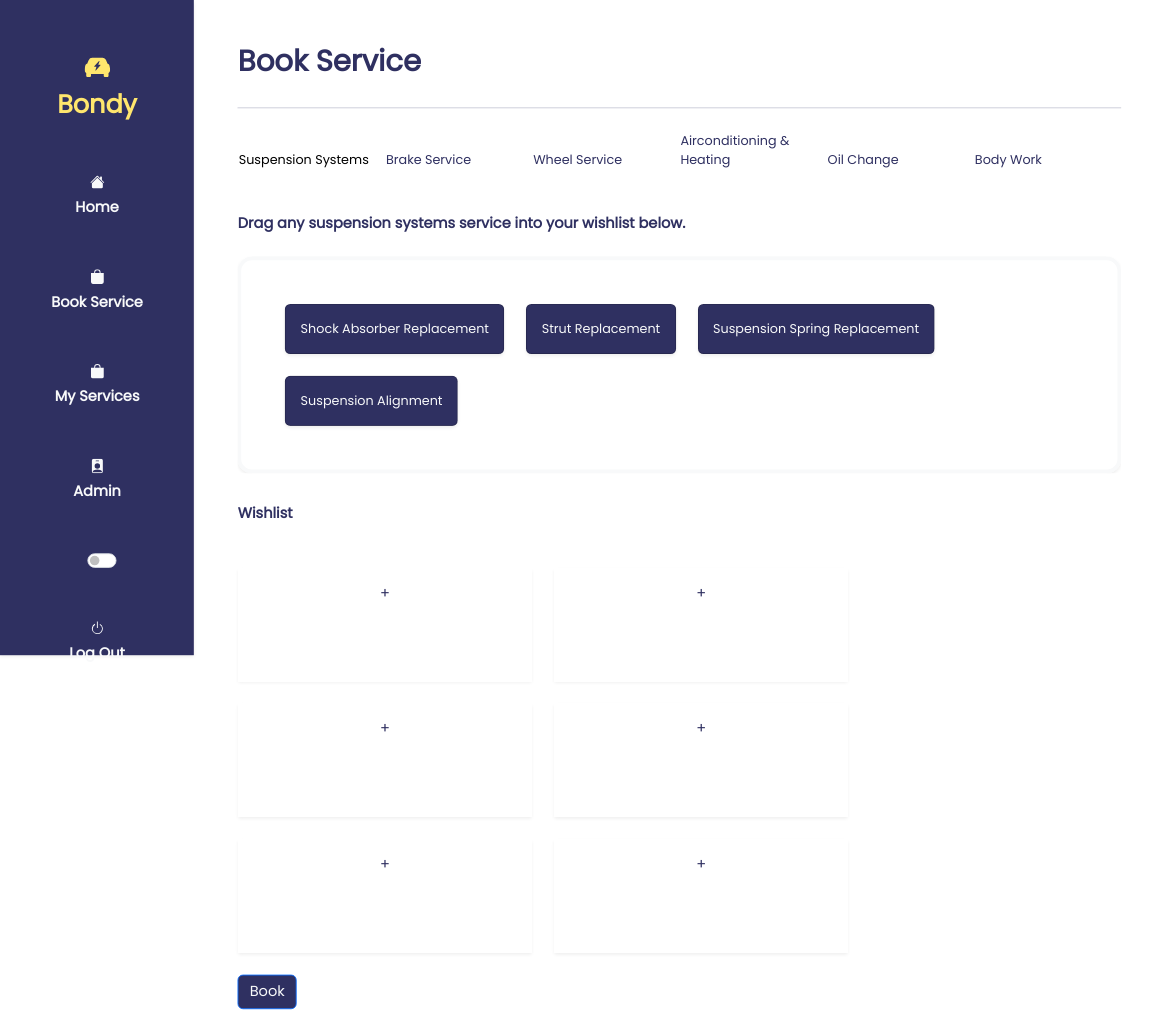
Repository: duzzisantos/bondy
Page: /book-service
These files come from the project's save history. The page is drawn as it stood at one moment and after the next save; the edit follows.
The browser window is 1280 px wide. The pictures show the whole page, at 91% of full size.
Some web libraries are served in a nearby version. The project was rebuilt for these pictures with package versions that can differ from the ones it lists, and the page was loaded fresh each time. Also part of the build but not shown: src/components/Home/LandingPage.scss, src/components/Home/LandingPageScrollContainer.tsx, src/components/Home/TrendingServices.tsx, src/views/LandingPage.tsx, src/components/Services/ServiceTemplate.tsx, src/views/Services.tsx.

Above is the page before, as saved 2023-06-28 23:42:32.

### public/index.html
<!DOCTYPE html>
<html lang="en">
  <head>
    <meta charset="utf-8" />
    <link rel="icon" href="%PUBLIC_URL%/favicon.ico" />
    <meta name="viewport" content="width=device-width, initial-scale=1" />
    <meta name="theme-color" content="#000000" />
    <meta
      name="description"
      content="Web site created using create-react-app"
    />
    <link rel="apple-touch-icon" href="%PUBLIC_URL%/logo192.png" />
    <!-- Option 1: Include in HTML -->
    <link
      rel="stylesheet"
      href="https://cdn.jsdelivr.net/npm/bootstrap-icons@1.3.0/font/bootstrap-icons.css"
    />
    <link rel="preconnect" href="https://fonts.googleapis.com" />
    <link rel="preconnect" href="https://fonts.gstatic.com" crossorigin />
    <!--
      manifest.json provides metadata used when your web app is installed on a
      user's mobile device or desktop. See https://developers.google.com/web/fundamentals/web-app-manifest/
    -->
    <link rel="manifest" href="%PUBLIC_URL%/manifest.json" />
    <!--
      Notice the use of %PUBLIC_URL% in the tags above.
      It will be replaced with the URL of the `public` folder during the build.
      Only files inside the `public` folder can be referenced from the HTML.

      Unlike "/favicon.ico" or "favicon.ico", "%PUBLIC_URL%/favicon.ico" will
      work correctly both with client-side routing and a non-root public URL.
      Learn how to configure a non-root public URL by running `npm run build`.
    -->
    <title>Bondy</title>
  </head>
  <body>
    <noscript>You need to enable JavaScript to run this app.</noscript>
    <div id="root"></div>
    <!--
      This HTML file is a template.
      If you open it directly in the browser, you will see an empty page.

      You can add webfonts, meta tags, or analytics to this file.
      The build step will place the bundled scripts into the <body> tag.

      To begin the development, run `npm start` or `yarn start`.
      To create a production bundle, use `npm run build` or `yarn build`.
    -->
  </body>
</html>

### src/index.js
import React from "react";
import ReactDOM from "react-dom/client";
import "./index.css";
import App from "./App";
import "bootstrap/dist/css/bootstrap.min.css";
import { BrowserRouter as Router } from "react-router-dom";

const root = ReactDOM.createRoot(document.getElementById("root"));
root.render(
  <React.StrictMode>
    <Router>
      <App />
    </Router>
  </React.StrictMode>
);

### src/App.css
@import url("https://fonts.googleapis.com/css2?family=Cabin&family=Montserrat:wght@200&family=Poppins&display=swap");

* {
  font-family: "Poppins", sans-serif;
}
.App {
  text-align: center;
}

.custom-color {
  color: #2f3061 !important;
}

.custom-bg-color {
  background-color: #2f3061 !important;
}

.custom-border {
  border: 1px solid #2f3061;
}

.custom-border-5 {
  border-right-style: solid !important;
  border-right-width: 8px !important;
  border-right-color: #2f3061 !important;
}

.image-height {
  height: fit-content;
  width: fit-content;
}

.chosen-services {
  height: 125px !important;
}

button[role="tab"] {
  border: 1px solid transparent !important;
  color: #2f3061;
  font-size: 14px;
  text-align: start;
  padding: 0;
}

button[role="tab"]:focus {
  text-decoration: underline !important;
  text-decoration-color: #ffe66d !important;
  text-decoration-thickness: 5px !important;
  text-underline-offset: 10px !important;
}

button[role="tab"]:hover {
  color: #2f3061;
}

### src/components/Navigation/SideBar.tsx
import React, { FunctionComponent, useState } from "react";
import "react-bootstrap";
import "../../App.css";
import "./Navigation.scss";
import { Link } from "react-router-dom";
import {
  HouseFill,
  BagFill,
  PersonBadgeFill,
  Power,
  EvFrontFill,
  // MenuButtonWideFill,
  SunFill,
  MoonFill,
} from "react-bootstrap-icons";

const SideBar: FunctionComponent = () => {
  //Refactor this
  const [hoverHome, setHoverHome] = useState(false);
  const [hoverMyServices, setHoverMyServices] = useState(false);
  const [hoverBookService, setHoverBookService] = useState(false);
  const [hoverAdmin, setHoverAdmin] = useState(false);
  const [hoverLogout, setHoverLogout] = useState(false);

  const commonLinkClasses = `d-flex flex-column justify-content-center align-items-center p-1 gap-2 brand-icon-color
   text-decoration-none fw-bold`;

  return (
    <div className="col-2 vh-100 custom-bg-color shadow-sm p-5 text-light d-flex flex-column vstack gap-5 sidebar-fixed">
      <Link to={"/"} className={commonLinkClasses + " fs-3"}>
        <span>
          <EvFrontFill className="brand-icon-color" /> Bondy
        </span>
      </Link>
      <Link
        to={"/home"}
        id="home"
        className={`d-flex flex-column justify-content-center align-items-center p-1 gap-2 text-decoration-none fw-bold ${
          hoverHome ? "brand-icon-color" : "text-light"
        }`}
        onMouseEnter={() => setHoverHome(true)}
        onMouseLeave={() => setHoverHome(false)}
        title="Home"
      >
        <HouseFill />
        Home
      </Link>

      <Link
        to={"/book-service"}
        id="book-service"
        className={`d-flex flex-column justify-content-center align-items-center p-1 gap-2 text-decoration-none fw-bold ${
          hoverBookService ? "brand-icon-color" : "text-light"
        }`}
        onMouseEnter={() => setHoverBookService(true)}
        onMouseLeave={() => setHoverBookService(false)}
        title="Book Service"
      >
        <BagFill />
        Book Service
      </Link>

      <Link
        to={"/book-service"}
        id="book-service"
        className={`d-flex flex-column justify-content-center align-items-center p-1 gap-2 text-decoration-none fw-bold ${
          hoverMyServices ? "brand-icon-color" : "text-light"
        }`}
        onMouseEnter={() => setHoverMyServices(true)}
        onMouseLeave={() => setHoverMyServices(false)}
        title="Book Service"
      >
        <BagFill />
        My Services
      </Link>

      <Link
        to={"/admin"}
        id="admin"
        className={`d-flex flex-column justify-content-center align-items-center p-1 gap-2 text-decoration-none fw-bold ${
          hoverAdmin ? "brand-icon-color" : "text-light"
        }`}
        onMouseEnter={() => setHoverAdmin(true)}
        onMouseLeave={() => setHoverAdmin(false)}
        title="Admin"
      >
        <PersonBadgeFill />
        Admin
      </Link>

      <div className="form-check form-switch px-5 d-flex flex-row flex-nowrap">
        <SunFill className="mx-auto mt-1" />
        <input
          className="form-check-input mx-auto"
          type="checkbox"
          role="switch"
          id="flexSwitchCheckChecked"
          title="Switch display mode"
        />
        <MoonFill className="mx-auto mt-1" />
      </div>

      <Link
        to={"/logout"}
        id="logout"
        className={`d-flex flex-column justify-content-center align-items-center p-1 gap-2 text-decoration-none fw-bold ${
          hoverLogout ? "brand-icon-color" : "text-light"
        }`}
        onMouseEnter={() => setHoverLogout(true)}
        onMouseLeave={() => setHoverLogout(false)}
        title="Logout"
      >
        <Power />
        Log Out
      </Link>
    </div>
  );
};

export default SideBar;

### src/views/BookService.tsx
import React, { FunctionComponent } from "react";

import { Tabs, Tab, Card } from "react-bootstrap";
import BookingForm from "src/components/Services/BookingForm";
import DragDropTarget from "src/components/Services/DragDropTarget";
import { mockServiceData } from "src/data/mockData";
import useBookService from "src/hooks/useBookService";
const BookService: FunctionComponent = () => {
  const handleDragStart = (event: any) => {
    event.dataTransfer.setData("Text", event.target.id);
  };

  const handleDragOver = (event: any) => {
    event.preventDefault();
  };

  const handleDrop = (event: any) => {
    event.preventDefault();
    const data = event.dataTransfer.getData("Text");
    console.log(data);
    event.target.appendChild(document.getElementById(data));
  };

  //call custom hook

  const {
    wishListOne,
    wishListTwo,
    wishListThree,
    wishListFour,
    wishListFive,
    wishListSix,
    changeOne,
    changeTwo,
    changeThree,
    changeFour,
    changeFive,
    changeSix,
  } = useBookService("");

  return (
    <div className="col-10 px-5 pt-5 py-5 ms-auto vh-100 vstack gap-2 d-flex flex-column custom-color">
      <h2 className="text-start fw-bold">Book Service</h2>
      <hr />
      <div className="vstack gap-5">
        <Tabs justify className={`fs-6 border-0 align-items-end`}>
          {mockServiceData.map((element, index) => (
            <Tab
              key={index}
              eventKey={`${element.category}`}
              title={element.category}
              className={`border-0 text-start overflow-x-auto`}
            >
              <span>
                <strong>
                  Drag any {element.category.toLowerCase()} service into your
                  wishlist below.
                </strong>
              </span>
              <div
                className="d-flex flex-row flex-wrap hstack gap-4 py-5 px-5 mt-4 border border-4 border-light shadow-sm rounded-4"
                id="drop-target"
                onDrop={handleDrop}
                onDragOver={handleDragOver}
              >
                {Object.values(element.images).map((item, i) => (
                  <Card
                    key={i}
                    className="p-3 shadow-sm text-light custom-bg-color draggable-cards"
                    draggable="true"
                    id={item.serviceName + "drag-target"}
                    onDragStart={handleDragStart}
                  >
                    <small>{item.serviceName}</small>
                  </Card>
                ))}
              </div>
            </Tab>
          ))}
        </Tabs>
      </div>
      <div className="text-start py-4">
        <span>
          <strong>Wishlist</strong>
        </span>
        <div className="hstack gap-4 mt-4 py-4 d-flex flex-row flex-wrap">
          {[1, 2, 3, 4, 5, 6].map((element) => (
            <DragDropTarget
              key={element}
              uniqueID={`drop-target-${element}`}
              children={"+"}
              handleDrop={handleDrop}
              handleDragOver={handleDragOver}
            />
          ))}
        </div>
        <>
          <BookingForm
            wishListOne={wishListOne}
            wishListTwo={wishListTwo}
            wishListThree={wishListThree}
            wishListFour={wishListFour}
            wishListFive={wishListFive}
            wishListSix={wishListSix}
            setWishlistOne={changeOne}
            setWishListTwo={changeTwo}
            setWishListThree={changeThree}
            setWishListFour={changeFour}
            setWishListFive={changeFive}
            setWishListSix={changeSix}
            handleSubmit={() => console.log("does this work??")}
          />
        </>
      </div>
    </div>
  );
};

export default BookService;

### src/components/Navigation/Navigation.scss
.brand-icon-color {
  color: #ffe66d !important;
}

.sidebar-fixed {
  position: fixed !important;
}

### src/components/Home/landingPageContent.tsx
import React from "react";
import {
  Gear,
  GearWideConnected,
  WrenchAdjustableCircleFill,
  Fan,
  DropletHalf,
  CarFrontFill,
} from "react-bootstrap-icons";
export const servicesList = [
  {
    id: 1,
    category: "Suspension Systems",
    icon: <Gear />,
  },
  {
    id: 2,
    category: "Brake Service",
    icon: <GearWideConnected />,
  },
  {
    id: 3,
    category: "Wheel Service",
    icon: <WrenchAdjustableCircleFill />,
  },
  {
    id: 4,
    category: "Airconditioning & Heating",
    icon: <Fan />,
  },
  {
    id: 5,
    category: "Oil Change",
    icon: <DropletHalf />,
  },
  {
    id: 6,
    category: "Body Work",
    icon: <CarFrontFill />,
  },
];

### src/data/mockData.ts
type Mockdata = {
  category: string;
  description: string;
  contactPerson: any;
  images: any[];
};

export const mockServiceData: Mockdata[] = [
  {
    category: "Suspension Systems",
    description:
      "Improve your vehicle's stability and handling with our professional suspension system services. Our skilled technicians will ensure your suspension is properly tuned and aligned, providing you with a smooth and comfortable ride on any road. Contact us today to schedule an appointment!",
    contactPerson: {
      name: "John Doe",
      email: "john.doe@bondy-shop.net",
      fax: "0099887766",
    },
    images: [
      {
        link: "data:[embedded picture, 15335 characters]",
        serviceName: "Shock Absorber Replacement",
      },
      {
        link: "data:[embedded picture, 11971 characters]",
        serviceName: "Strut Replacement",
      },
      {
        link: "data:[embedded picture, 14759 characters]",
        serviceName: "Suspension Spring Replacement",
      },
      {
        link: "data:[embedded picture, 14759 characters]",
        serviceName: "Suspension Alignment",
      },
    ],
  },
  {
    category: "Brake Service",
    description:
      "Ensure your safety on the road by maintaining reliable brakes. Our experienced mechanics offer comprehensive brake services, including inspections, repairs, and replacements. Don't compromise on braking performance. Reach out to our team today!",
    contactPerson: {
      name: "John Appleseed",
      email: "john.appleseed@bondy-shop.net",
      fax: "0099887766",
    },
    images: [
      {
        link: "data:[embedded picture, 9691 characters]",
        serviceName: "Brake Pad Replacement",
      },
      {
        link: "https://encrypted-tbn0.gstatic.com/images?q=tbn:ANd9GcT0gPAwpGIxBheY71yRWmmRxI0R_JWL3elfJA&usqp=CAU",
        serviceName: "Brake Caliper Replacement",
      },
      {
        link: "https://encrypted-tbn0.gstatic.com/images?q=tbn:ANd9GcQpTpLkB-wcm8bVOOCUjNWxcLhslEygc0F4SQ&usqp=CAU",
        serviceName: "Brake Rotor Resurfacing",
      },
      {
        link: "https://encrypted-tbn0.gstatic.com/images?q=tbn:ANd9GcS7B5752ThTWUqTD9ojL736W_MmtrOqJzZigjK2ykyVyIdXmxxuG062OSKb21H3PUIszcE&usqp=CAU",
        serviceName: "Brake Fluid Flush",
      },
    ],
  },
  {
    category: "Wheel Service",
    description:
      "Experience improved handling and extended tire life with our professional wheel services. From wheel alignment to tire rotation, our technicians will ensure your wheels are in optimal condition. Get in touch with us now for top-notch wheel service!",
    contactPerson: {
      name: "Tracy Wallis",
      email: "tracy.wallis@bondy-shop.net",
      fax: "0099882266",
    },
    images: [
      {
        link: "data:[embedded picture, 12847 characters]",
        serviceName: "Wheel Balancing",
      },
      {
        link: "data:[embedded picture, 9703 characters]",
        serviceName: "Wheel Alignment",
      },
      {
        link: "https://encrypted-tbn0.gstatic.com/images?q=tbn:ANd9GcQaWgpKXJWWJMNxyWTHBldc0A2McFDZTZiD_A&usqp=CAU",
        serviceName: "Tire Rotation",
      },
      {
        link: "data:[embedded picture, 11635 characters]",
        serviceName: "Tire Replacement",
      },
    ],
  },
  {
    category: "Airconditioning & Heating",
    description:
      "Stay comfortable in any weather with our reliable A/C and heating services. Whether it's repairing your air conditioning system or ensuring your heating is working efficiently, our experts have you covered. Contact us today and enjoy a pleasant driving experience!",
    contactPerson: {
      name: "Ekene Olisa",
      email: "ekene.olisa@bondy-shop.net",
      fax: "0099882266",
    },
    images: [
      {
        link: "https://encrypted-tbn0.gstatic.com/images?q=tbn:ANd9GcR3qT08rB2rXOjC3oQ20Ntryrq4xjUyRf3FObIcIRwS_n3qZnJbinZqUyQbtRkV0gXKPyc&usqp=CAU",
        serviceName: "Climate Control Repair",
      },
      {
        link: "data:[embedded picture, 11699 characters]",
        serviceName: "Air Conditioning Inspection",
      },
      {
        link: "https://encrypted-tbn0.gstatic.com/images?q=tbn:ANd9GcQLC1pgYQxu5VTfpPUt2QFXQGFb8zRuRp2LR4Bxb00g63Ke3Jwc4KSCI-0iVZf4_k_n9Dc&usqp=CAU",
        serviceName: "A/C System Recharge",
      },
      {
        link: "https://encrypted-tbn0.gstatic.com/images?q=tbn:ANd9GcRNjd4HJj0lEOeZu-f3T8s1ry-KS_1rUosgTA&usqp=CAU",
        serviceName: "Heater Core Replacement",
      },
    ],
  },
  {
    category: "Oil Change",
    description:
      "Maintain your engine's performance with our quick and efficient oil change service. Our skilled technicians will replace your old oil with high-quality lubricants, ensuring optimal engine function. Don't neglect this essential maintenance task. Visit us today!",
    contactPerson: {
      name: "Obinna Duru",
      email: "obinna.duru@bondy-shop.net",
      fax: "0099882266",
    },
    images: [
      {
        link: "data:[embedded picture, 11747 characters]",

        serviceName: "Regular Oil Change",
      },
      {
        link: "https://encrypted-tbn0.gstatic.com/images?q=tbn:ANd9GcTwVtYiu9dIxaeqwPnZTnIPSYLYPtnAoV7nEg&usqp=CAU",
        serviceName: "Synthetic Oil Change",
      },
      {
        link: "https://encrypted-tbn0.gstatic.com/images?q=tbn:ANd9GcR6bklbDJEUkqi58MQCfsBcIx8dWo8wNezHMg&usqp=CAU",
        serviceName: "Oil Filter Replacement",
      },
      {
        link: "https://encrypted-tbn0.gstatic.com/images?q=tbn:ANd9GcTQFEl0Sa_h9Yl5KELgGxtqDLDgbaS3F-UlYg&usqp=CAU",
        serviceName: "Fluid Check and Top-Up",
      },
    ],
  },
  {
    category: "Body Work",
    description:
      "Restore your vehicle's appearance to its former glory with our top-notch body repair services. From minor dents to major collision repairs, our expert technicians will skillfully restore your vehicle. Trust us to deliver exceptional results. Contact us for a consultation!",
    contactPerson: {
      name: "Emily Okafor",
      email: "emily.okafor@bondy-shop.net",
      fax: "0099882266",
    },
    images: [
      {
        link: "data:[embedded picture, 12547 characters]",
        serviceName: "Dent Repair",
      },
      {
        link: "data:[embedded picture, 10815 characters]",
        serviceName: "Collision Repair",
      },
      {
        link: "data:[embedded picture, 11667 characters]",
        serviceName: "Painting",
      },
      {
        link: "data:[embedded picture, 10083 characters]",
        serviceName: "Panel Replacement",
      },
    ],
  },
];

### src/components/Services/BookingForm.tsx
import React, { FunctionComponent } from "react";

import { Button, Form, FormControl } from "react-bootstrap";

interface FormValues {
  wishListOne: string;
  wishListTwo: string;
  wishListThree: string;
  wishListFour: string;
  wishListFive: string;
  wishListSix: string;
  setWishlistOne: any;
  setWishListTwo: any;
  setWishListThree: any;
  setWishListFour: any;
  setWishListFive: any;
  setWishListSix: any;
  handleSubmit: any;
}
const BookingForm: FunctionComponent<FormValues> = ({
  wishListFive,
  wishListFour,
  wishListOne,
  wishListSix,
  wishListThree,
  wishListTwo,
  setWishListFive,
  setWishListFour,
  setWishListSix,
  setWishListThree,
  setWishListTwo,
  setWishlistOne,
  handleSubmit,
}) => {
  return (
    <Form>
      <div className="d-none">
        <FormControl
          name={wishListOne}
          id={wishListOne}
          value={wishListOne}
          onChange={(e: any) => setWishlistOne(e.target.value)}
          onSubmit={handleSubmit}
        />
        <FormControl
          name={wishListTwo}
          id={wishListTwo}
          value={wishListTwo}
          onChange={(e: any) => setWishListTwo(e.target.value)}
        />
        <FormControl
          name={wishListThree}
          id={wishListThree}
          value={wishListThree}
          onChange={(e: any) => setWishListThree(e.target.value)}
        />
        <FormControl
          name={wishListFour}
          id={wishListFour}
          value={wishListFour}
          onChange={(e: any) => setWishListFour(e.target.value)}
        />
        <FormControl
          name={wishListFive}
          id={wishListFive}
          value={wishListFive}
          onChange={(e: any) => setWishListFive(e.target.value)}
        />
        <FormControl
          name={wishListSix}
          id={wishListSix}
          value={wishListSix}
          onChange={(e: any) => setWishListSix(e.target.value)}
        />
      </div>
      <Button type="submit" className="main-button text-light">
        Book
      </Button>
    </Form>
  );
};

export default BookingForm;

### src/components/Services/DragDropTarget.tsx
import React, { FunctionComponent } from "react";

interface Props {
  uniqueID: string;
  handleDrop: any;
  handleDragOver: any;
  children: any;
}

const DragDropTarget: FunctionComponent<Props> = ({
  children,
  uniqueID,
  handleDrop,
  handleDragOver,
}) => {
  return (
    <div
      className="p-3 col-md-4 chosen-services shadow-sm text-center"
      id={uniqueID}
      onDrop={handleDrop}
      onDragOver={handleDragOver}
    >
      {children}
    </div>
  );
};

export default DragDropTarget;

### src/hooks/useBookService.ts
import { useState } from "react";

const useBookService = (init: string) => {
  const [wishListOne, setWishListOne] = useState(init);
  const [wishListTwo, setWishListTwo] = useState(init);
  const [wishListThree, setWishListThree] = useState(init);
  const [wishListFour, setWishListFour] = useState(init);
  const [wishListFive, setWishListFive] = useState(init);
  const [wishListSix, setWishListSix] = useState(init);

  const changeOne = (e: any) => {
    setWishListOne(e.target.value);
  };

  const changeTwo = (e: any) => {
    setWishListTwo(e.target.value);
  };

  const changeThree = (e: any) => {
    setWishListThree(e.target.value);
  };

  const changeFour = (e: any) => {
    setWishListFour(e.target.value);
  };

  const changeFive = (e: any) => {
    setWishListFive(e.target.value);
  };

  const changeSix = (e: any) => {
    setWishListSix(e.target.value);
  };

  return {
    wishListFive,
    wishListFour,
    wishListSix,
    wishListThree,
    wishListTwo,
    wishListOne,
    changeFive,
    changeFour,
    changeSix,
    changeThree,
    changeTwo,
    changeOne,
  };
};

export default useBookService;

### src/components/Services/Services.scss
.small-font {
  font-size: 10px !important;
}

.main-button {
  background-color: #2f3061 !important;
  color: #ffe66d !important;
}

Loaded but not shown: src/index.css (common file); src/App.js (24 lines, source omitted)

After the next save:
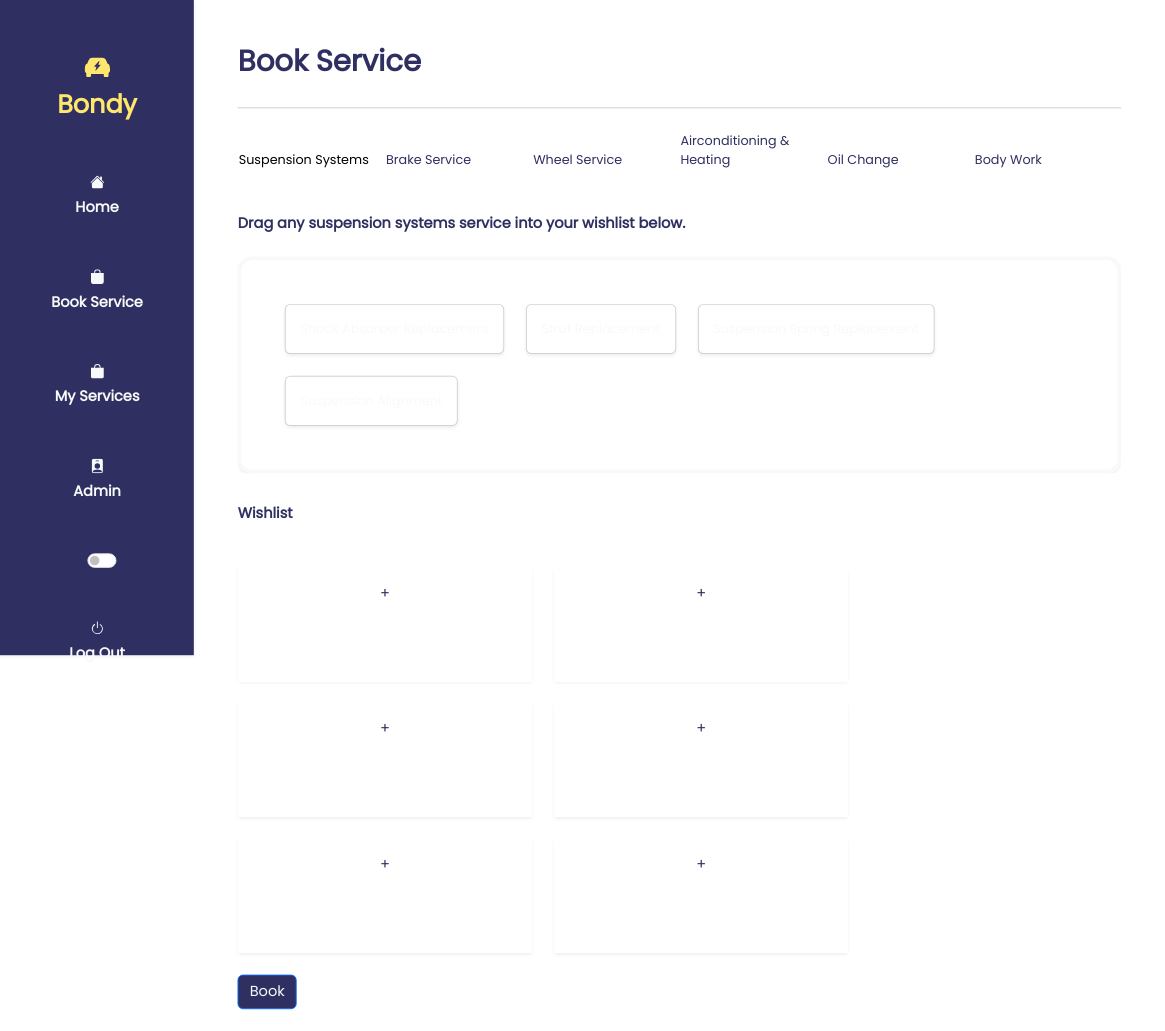
Saved 49 s later.
--- a/src/views/BookService.tsx
+++ b/src/views/BookService.tsx
@@ -66,7 +66,7 @@ const BookService: FunctionComponent = () => {
                 {Object.values(element.images).map((item, i) => (
                   <Card
                     key={i}
-                    className="p-3 shadow-sm text-light custom-bg-color draggable-cards"
+                    className="p-3 shadow-sm text-light draggable-cards"
                     draggable="true"
                     id={item.serviceName + "drag-target"}
                     onDragStart={handleDragStart}
